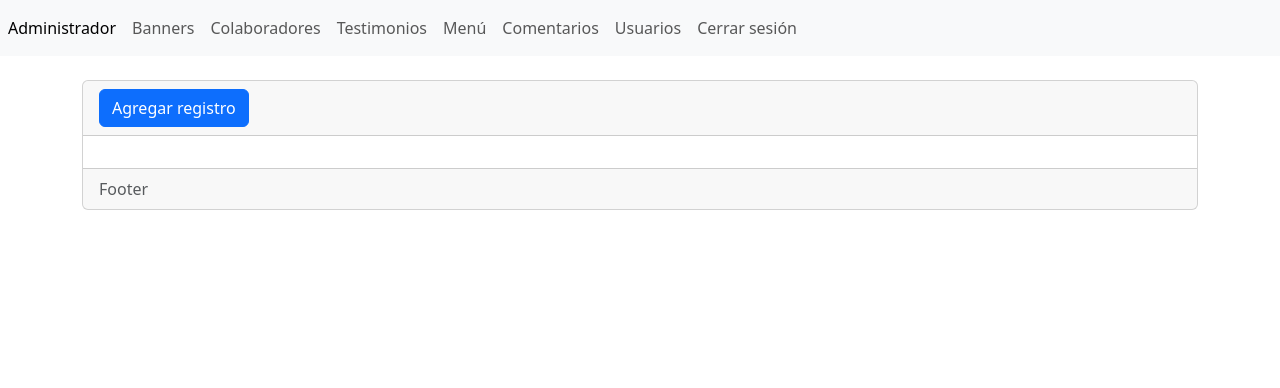
Repository: salextros/Restaurant-Project-PHP-MySQL
Page: http://localhost/TRABAJO_FINAL/restaurant/admin/seccion/colaboradores/index.php
These files come from the project's save history. The page is drawn as it stood at one moment and after the next save; the edit follows.
The browser window is 1280 px wide. The pictures show the whole page.
The page is run by PHP 8.4 with error messages shown; the project is at /var/www/html/.

Above is the page before, as saved 2026-01-24 14:17:51.

### restaurant/admin/seccion/colaboradores/index.php
<?php
include ("../../bd.php");
include('../../templates/header.php');
?>
<br/>
<div class="card">
    <div class="card-header">
        <a name="" id="" class="btn btn-primary" href="crear.php" role="button">Agregar registro</a>
        </div>
        <div class="card-body">





    </div>
    <div class="card-footer text-muted">Footer</div>
</div>

<?php include ("../../templates/footer.php");
?>

### restaurant/admin/bd.php
<?php

$servidor="localhost";
$baseDatos="restaurante";
$usuario="root";
$contraseña="";

try{

    $conexion=new PDO("mysql:host=$servidor;dbname=$baseDatos",$usuario,$contraseña);


}catch(Exception $error){
    echo $error ->getMessage();
}

?>

### restaurant/admin/templates/header.php
<?php
$url_base = "http://localhost/TRABAJO_FINAL/restaurant/admin/";
?>
<!doctype html>
<html lang="en">

    <head>
        <title>Administrador del sitio web </title>
        <!-- Required meta tags -->
        <meta charset="utf-8" />
        <meta
            name="viewport"
            content="width=device-width, initial-scale=1, shrink-to-fit=no"
        />

        <!-- Bootstrap CSS v5.2.1 -->
        <link
            href="https://cdn.jsdelivr.net/npm/bootstrap@5.3.2/dist/css/bootstrap.min.css"
            rel="stylesheet"
            integrity="sha384-T3c6CoIi6uLrA9TneNEoa7RxnatzjcDSCmG1MXxSR1GAsXEV/Dwwykc2MPK8M2HN"
            crossorigin="anonymous"
        />
    </head>

    <body>
        <header>
            <!-- place navbar here -->
            <nav class="navbar navbar-expand navbar-light bg-light">
                <div class="nav navbar-nav">
                    <a class="nav-item nav-link active" href="#" aria-current="page">Administrador<span class="visually-hidden">(current)</span></a>

                    <a class="nav-item nav-link" href="<?php echo $url_base;?>seccion/banners">Banners</a>
                    <a class="nav-item nav-link" href="<?php echo $url_base;?>seccion/colaboradores">Colaboradores</a>
                    <a class="nav-item nav-link" href="<?php echo $url_base;?>seccion/testimonios">Testimonios</a>
                    <a class="nav-item nav-link" href="<?php echo $url_base;?>seccion/menu">Menú</a>
                    <a class="nav-item nav-link" href="<?php echo $url_base;?>seccion/comentarios">Comentarios</a>
                    <a class="nav-item nav-link" href="<?php echo $url_base;?>seccion/usuarios">Usuarios</a>
                    <a class="nav-item nav-link" href="#">Cerrar sesión</a>

                </div>
            </nav>


        </header>
        <main>
        <section class="container">

### restaurant/admin/templates/footer.php
        </section>
        </main>
        <footer>
            <!-- place footer here -->
        </footer>
        <!-- Bootstrap JavaScript Libraries -->
        <script
            src="https://cdn.jsdelivr.net/npm/@popperjs/core@2.11.8/dist/umd/popper.min.js"
            integrity="sha384-I7E8VVD/ismYTF4hNIPjVp/Zjvgyol6VFvRkX/vR+Vc4jQkC+hVqc2pM8ODewa9r"
            crossorigin="anonymous"
        ></script>

        <script
            src="https://cdn.jsdelivr.net/npm/bootstrap@5.3.2/dist/js/bootstrap.min.js"
            integrity="sha384-BBtl+eGJRgqQAUMxJ7pMwbEyER4l1g+O15P+16Ep7Q9Q+zqX6gSbd85u4mG4QzX+"
            crossorigin="anonymous"
        ></script>
    </body>
</html>

After the next save:
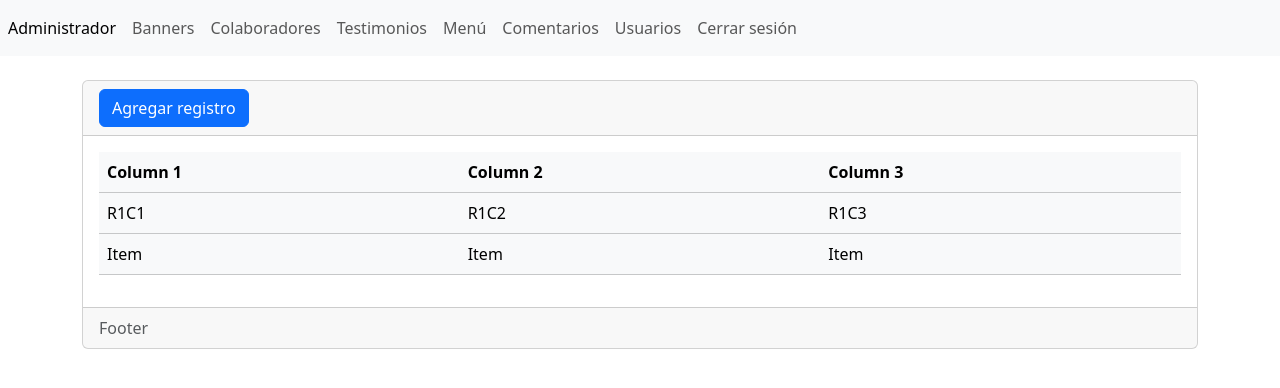
Saved 2 min 57 s later.
--- a/restaurant/admin/seccion/colaboradores/index.php
+++ b/restaurant/admin/seccion/colaboradores/index.php
@@ -9,6 +9,30 @@ include('../../templates/header.php');
         </div>
         <div class="card-body">
 
+        <div
+            class="table-responsive-sm">
+            <table class="table table-light">
+                <thead>
+                    <tr>
+                        <th scope="col">Column 1</th>
+                        <th scope="col">Column 2</th>
+                        <th scope="col">Column 3</th>
+                    </tr>
+                </thead>
+                <tbody>
+                    <tr class="">
+                        <td scope="row">R1C1</td>
+                        <td>R1C2</td>
+                        <td>R1C3</td>
+                    </tr>
+                    <tr class="">
+                        <td scope="row">Item</td>
+                        <td>Item</td>
+                        <td>Item</td>
+                    </tr>
+                </tbody>
+            </table>
+        </div>
 
 
 
